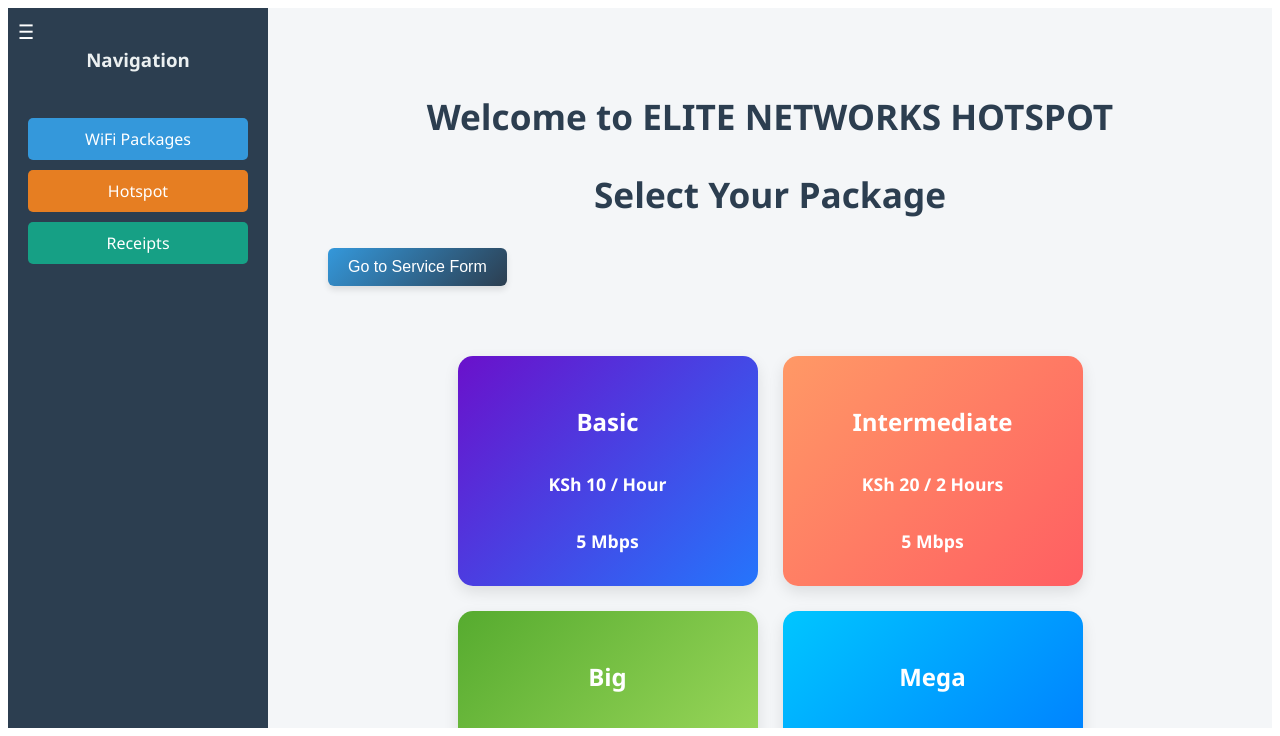
Repository: rachel648/system_Bill
Page: /packages (app in client/)
The author's editor kept a copy of each file at every save. The page is drawn from the files as they stood at one save, then again after the next save.
The browser window is 1280 px wide. The pictures show the whole page.
The page's requests for data from a server got no answer. An inner scrolling area shows only its first screen. The project was rebuilt for these pictures with package versions that can differ from the ones it lists, and the page was loaded fresh each time. No one was signed in, and anything a server would have sent is missing. Also part of the build but not shown: client/src/components/ServiceForm.js, client/src/Hotspot.css, client/src/Hotspot.js, client/src/admin.js. Imported but missing from the stored project, and not drawn on this page: client/src/Receipts.

Above is the page before, as saved 2025-07-10 22:58:26.

### client/public/index.html
<!DOCTYPE html>
<html lang="en">
  <head>
    <meta charset="UTF-8" />
    <meta name="viewport" content="width=device-width, initial-scale=1.0"/>
    <title>Internet Billing System</title>
  </head>
  <body>
    <div id="root"></div>
    <!-- Add React scripts if not using Create React App -->
    <!-- <script src="https://unpkg.com/react@18/umd/react.development.js"></script>
    <script src="https://unpkg.com/react-dom@18/umd/react-dom.development.js"></script> -->
  </body>
</html>

### client/src/App.js
import React, { useState } from 'react';
import { BrowserRouter as Router, Routes, Route, Navigate } from 'react-router-dom';
import ServiceForm from './components/ServiceForm';
import Packages from './Packages';
import Hotspot from './Hotspot';
import Receipts from './Receipts';
import Navigation from './Navigation';
import './App.css';
import Admin from './admin';
import axios from 'axios';

// Set axios defaults for API calls
axios.defaults.baseURL = process.env.REACT_APP_API_BASE_URL || 'http://localhost:5000/api';

const App = () => {
  const [isSidebarVisible, setSidebarVisible] = useState(true);

  const toggleSidebar = () => {
    setSidebarVisible(prev => !prev);
  };

  const Layout = ({ children }) => (
    <div className="app-container">
      <Navigation isVisible={isSidebarVisible} toggle={toggleSidebar} />
      <div className="main-content">
        {children}
      </div>
    </div>
  );

  return (
    <Router>
      <Routes>
        {/* Redirect root to /packages */}
        <Route path="/" element={<Navigate to="/packages" replace />} />

        {/* Main pages with sidebar layout */}
        <Route path="/packages" element={<Layout><Packages /></Layout>} />
        <Route path="/hotspot" element={<Layout><Hotspot /></Layout>} />
        <Route path="/receipts" element={<Layout><Receipts /></Layout>} />
        <Route path="/service" element={<Layout><ServiceForm /></Layout>} />

        {/* Admin page without sidebar */}
        <Route path="/admin" element={<Admin />} />
      </Routes>
    </Router>
  );
};

export default App;

### client/src/Packages.js
import React, { useState } from 'react';
import { useNavigate } from 'react-router-dom';
import './Packages.css';

const packagePrices = {
  Basic: 10,
  Intermediate: 20,
  Big: 30,
  Mega: 40,
  Super: 50,
  DayOffer: 80
};

// Add duration for each package
const packageDurations = {
  Basic: '/ Hour',
  Intermediate: '/ 2 Hours',
  Big: '/ 3 Hours',
  Mega: '/ 4 Hours',
  Super: '/ 5 Hours',
  DayOffer: '24 Hours (Full Day)'
};

const API_BASE_URL = process.env.NODE_ENV === 'production'
  ? 'https://your-production-api.com'
  : 'http://localhost:5000';

const Packages = () => {
  const [isModalOpen, setIsModalOpen] = useState(false);
  const [selectedPackage, setSelectedPackage] = useState(null);
  const [phoneNumber, setPhoneNumber] = useState('');
  const [isProcessing, setIsProcessing] = useState(false);
  const [error, setError] = useState(null);
  const navigate = useNavigate();

  const handleCardClick = (pkg) => {
    setSelectedPackage(pkg);
    setIsModalOpen(true);
    setError(null);
  };

  const formatPhoneNumber = (phone) => {
    let formatted = phone.trim();
    formatted = formatted.replace(/\D/g, ''); // Remove all non-digit characters

    if (formatted.startsWith('254') && formatted.length === 12) {
      return formatted;
    }
    if (formatted.startsWith('07') && formatted.length === 10) {
      return '254' + formatted.substring(1);
    }
    if (formatted.startsWith('7') && formatted.length === 9) {
      return '254' + formatted;
    }
    return formatted; // Let validation catch invalid numbers
  };

  const handlePayment = async () => {
    // Validate phone number - accept +254..., 254..., or 07...
    const phoneRegex = /^(?:\+?254|0)[17]\d{8}$/;
    const testNumber = phoneNumber.trim();

    if (!phoneRegex.test(testNumber)) {
      setError('Please enter a valid Safaricom number (e.g. 0712345678, 254712345678, or +254712345678)');
      return;
    }

    const formattedPhone = formatPhoneNumber(testNumber);
    // Additional validation for the formatted number
    if (formattedPhone.length !== 12 || !formattedPhone.startsWith('254')) {
      setError('Invalid phone number format after conversion');
      return;
    }

    const amount = packagePrices[selectedPackage];
    setIsProcessing(true);
    setError(null);

    try {
      const healthResponse = await fetch(`${API_BASE_URL}/api/health`);
      if (!healthResponse.ok) {
        throw new Error('Backend service is not available');
      }

      const paymentResponse = await fetch(`${API_BASE_URL}/api/payment`, {
        method: 'POST',
        headers: {
          'Content-Type': 'application/json',
        },
        body: JSON.stringify({
          phone: formattedPhone,
          amount,
          package: selectedPackage,
        }),
      });

      const responseData = await paymentResponse.json();

      if (!paymentResponse.ok || !responseData.success) {
        throw new Error(responseData.message || 'Payment request failed');
      }

      alert(`Payment request sent to ${formattedPhone}. Complete payment on your phone`);
      setIsModalOpen(false);
      setPhoneNumber('');

    } catch (err) {
      console.error('Payment Error:', err);
      let errorMessage = err.message;
      if (err.message.includes('Failed to fetch')) {
        errorMessage = 'Cannot connect to the payment service. Please check:';
        errorMessage += '\n1. Your internet connection';
        errorMessage += '\n2. That the backend server is running';
        errorMessage += '\n3. That you have CORS enabled on the backend';
      }
      setError(errorMessage);
    } finally {
      setIsProcessing(false);
    }
  };

  return (
    <div className="container">
       <h1 className="heading">Welcome to ELITE NETWORKS HOTSPOT</h1>
      <h2 className="heading">Select Your Package</h2>

      <button
        onClick={() => navigate('/service')}
        className="service-form-button"
        style={{ marginBottom: '20px', padding: '10px 20px' }}
      >
        Go to Service Form
      </button>

      <div className="card-container">
        {Object.keys(packagePrices).map((pkg) => (
          <div key={pkg} className={`card ${pkg.toLowerCase()}-card`} onClick={() => handleCardClick(pkg)}>
            <h3>{pkg}</h3>
            <p>KSh {packagePrices[pkg].toLocaleString()} {packageDurations[pkg]}</p>
            <p>{pkg === 'Basic' ? '5' : pkg === 'Intermediate' ? '5' : pkg === 'Big' ? '5' : '5'} Mbps</p>
          </div>
        ))}
      </div>

      {isModalOpen && (
        <div className="modal">
          <div className="modal-content">
            <h3>Make Payment for {selectedPackage}</h3>
            <label htmlFor="phone">Enter Safaricom Number:</label>
            <input
              type="tel"
              id="phone"
              value={phoneNumber}
              onChange={(e) => {
                setPhoneNumber(e.target.value);
                setError(null);
              }}
              placeholder="e.g. 0712345678, 254712345678, or +254712345678"
              disabled={isProcessing}
              maxLength="13"
            />

            <p className="amount-display">
              Amount: KSh {packagePrices[selectedPackage].toLocaleString()}
            </p>

            {error && (
              <div className="error-message">
                {error.split('\n').map((line, i) => (
                  <p key={i}>{line}</p>
                ))}
              </div>
            )}

            <div className="modal-buttons">
              <button
                onClick={handlePayment}
                disabled={isProcessing}
                className={isProcessing ? 'processing' : ''}
              >
                {isProcessing ? (
                  <>
                    <span className="spinner"></span>
                    Processing...
                  </>
                ) : 'Submit Payment'}
              </button>
              <button
                onClick={() => {
                  setIsModalOpen(false);
                  setError(null);
                }}
                disabled={isProcessing}
              >
                Cancel
              </button>
            </div>
          </div>
        </div>
      )}
    </div>
  );
};

export default Packages;

### client/src/Navigation.js
import React from 'react';
import { Link } from 'react-router-dom';

const Navigation = ({ isVisible, toggle }) => (
  <div className={`navigation ${!isVisible ? 'collapsed' : ''}`}>
    <div className="toggle-icon" onClick={toggle}>☰</div>
    {isVisible && (
      <>
        <h3>Navigation</h3>
        <ul>
          <li><Link to="/packages" className="link-wifi">WiFi Packages</Link></li>
          <li><Link to="/hotspot" className="link-hotspot">Hotspot</Link></li>
          <li><Link to="/receipts" className="link-receipts">Receipts</Link></li>
        </ul>
      </>
    )}
  </div>
);

export default Navigation;

### client/src/App.css
/* Overall container for layout */
.app-container {
  display: flex;
  height: 100vh;
  font-family: 'Segoe UI', Tahoma, Geneva, Verdana, sans-serif;
}

/* Sidebar navigation */
.navigation {
  width: 220px;
  background-color: #2c3e50;
  padding: 20px;
  display: flex;
  flex-direction: column;
  align-items: center;
  transition: width 0.3s ease;
  position: relative;
}

.navigation.collapsed {
  width: 60px;
  padding: 20px 10px;
}

.toggle-icon {
  position: absolute;
  top: 10px;
  left: 10px;
  font-size: 20px;
  cursor: pointer;
  color: white;
}

/* Hide text when collapsed */
.navigation.collapsed h3,
.navigation.collapsed ul {
  display: none;
}

.navigation h3 {
  color: #ecf0f1;
  margin-bottom: 20px;
}

.navigation ul {
  list-style: none;
  padding: 0;
  width: 100%;
}

.navigation li {
  margin: 10px 0;
  width: 100%;
  text-align: center;
}

/* Unique colored links */
.link-wifi {
  background-color: #3498db; /* Blue */
  color: white;
  padding: 10px;
  display: block;
  text-decoration: none;
  border-radius: 5px;
}

.link-hotspot {
  background-color: #e67e22; /* Orange */
  color: white;
  padding: 10px;
  display: block;
  text-decoration: none;
  border-radius: 5px;
}

.link-receipts {
  background-color: #16a085; /* Teal */
  color: white;
  padding: 10px;
  display: block;
  text-decoration: none;
  border-radius: 5px;
}

.link-wifi:hover,
.link-hotspot:hover,
.link-receipts:hover {
  opacity: 0.85;
}

/* Main content area */
.main-content {
  flex: 1;
  padding: 40px;
  background-color: #f4f6f8;
  overflow-y: auto;
}

### client/src/Packages.css
/* Main container */
.container {
  max-width: 1200px;
  margin: 0 auto;
  padding: 20px;
}

.heading {
  text-align: center;
  color: #2c3e50;
  margin-bottom: 30px;
  font-size: 2.2rem;
}

/* Service form button */
.service-form-button {
  background: linear-gradient(135deg, #3498db, #2c3e50);
  color: white;
  border: none;
  border-radius: 6px;
  padding: 12px 24px;
  font-size: 1rem;
  cursor: pointer;
  transition: all 0.3s ease;
  box-shadow: 0 4px 6px rgba(0, 0, 0, 0.1);
}

.service-form-button:hover {
  transform: translateY(-2px);
  box-shadow: 0 6px 12px rgba(0, 0, 0, 0.15);
}

/* Cards container */
.card-container {
  display: flex;
  justify-content: center;
  flex-wrap: wrap;
  gap: 25px;
  padding: 20px;
  margin-top: 30px;
}

/* Card styles */
.card {
  padding: 25px;
  cursor: pointer;
  border-radius: 15px;
  text-align: center;
  width: 250px;
  color: white;
  font-weight: bold;
  box-shadow: 0 6px 15px rgba(0, 0, 0, 0.1);
  transition: all 0.3s cubic-bezier(0.25, 0.8, 0.25, 1);
  display: flex;
  flex-direction: column;
  align-items: center;
  justify-content: space-between;
  min-height: 180px;
}

.card h3 {
  font-size: 1.5rem;
  margin-bottom: 10px;
}

.card p {
  font-size: 1.1rem;
  margin: 8px 0;
}

/* Package-specific colors */
.basic-card {
  background: linear-gradient(135deg, #6a11cb, #2575fc);
}

.intermediate-card {
  background: linear-gradient(135deg, #ff9966, #ff5e62);
}

.big-card {
  background: linear-gradient(135deg, #56ab2f, #a8e063);
}

.mega-card {
  background: linear-gradient(135deg, #00c6ff, #0072ff);
}
.super-card {
  background: linear-gradient(135deg, #ff416c, #ff4b2b);
}
.dayoffer-card {
  background: linear-gradient(135deg, #f7971e, #ffd200);
}


.card:hover {
  transform: translateY(-8px);
  box-shadow: 0 12px 24px rgba(0, 0, 0, 0.2);
}

/* Modal styles */
.modal {
  position: fixed;
  top: 0;
  left: 0;
  right: 0;
  bottom: 0;
  background-color: rgba(0, 0, 0, 0.5);
  display: flex;
  justify-content: center;
  align-items: center;
  z-index: 1000;
  backdrop-filter: blur(3px);
}

.modal-content {
  background-color: white;
  padding: 30px;
  border-radius: 12px;
  width: 90%;
  max-width: 400px;
  text-align: center;
  box-shadow: 0 10px 30px rgba(0, 0, 0, 0.2);
}

.modal-content h3 {
  color: #2c3e50;
  margin-bottom: 20px;
  font-size: 1.5rem;
}

/* Input styles */
input[type="tel"] {
  width: 100%;
  padding: 12px 15px;
  margin: 15px 0;
  border: 2px solid #e0e0e0;
  border-radius: 8px;
  font-size: 1rem;
  transition: border 0.3s ease;
}

input[type="tel"]:focus {
  border-color: #3498db;
  outline: none;
}

/* Amount display */
.amount-display {
  font-size: 1.3rem;
  font-weight: bold;
  color: #2c3e50;
  margin: 15px 0;
  padding: 10px;
  background-color: #f8f9fa;
  border-radius: 8px;
}

/* Button styles */
.modal-buttons {
  display: flex;
  justify-content: center;
  gap: 15px;
  margin-top: 20px;
}

.modal-buttons button {
  padding: 12px 25px;
  border: none;
  border-radius: 8px;
  font-size: 1rem;
  font-weight: 600;
  cursor: pointer;
  transition: all 0.3s ease;
  flex: 1;
  max-width: 150px;
}

.modal-buttons button:first-child {
  background: linear-gradient(135deg, #2ecc71, #27ae60);
  color: white;
}

.modal-buttons button:first-child:hover {
  background: linear-gradient(135deg, #27ae60, #219653);
  transform: translateY(-2px);
}

.modal-buttons button:last-child {
  background: #f1f1f1;
  color: #555;
}

.modal-buttons button:last-child:hover {
  background: #e0e0e0;
}

.modal-buttons button:disabled {
  opacity: 0.7;
  cursor: not-allowed;
  transform: none !important;
}

/* Error message */
.error-message {
  color: #e74c3c;
  background-color: #fdecea;
  padding: 12px;
  border-radius: 8px;
  margin: 15px 0;
  font-size: 0.95rem;
  text-align: left;
  border-left: 4px solid #e74c3c;
}

/* Loading spinner */
.spinner {
  display: inline-block;
  width: 16px;
  height: 16px;
  border: 3px solid rgba(255, 255, 255, 0.3);
  border-radius: 50%;
  border-top-color: white;
  animation: spin 1s ease-in-out infinite;
  margin-right: 10px;
  vertical-align: middle;
}

@keyframes spin {
  to {
    transform: rotate(360deg);
  }
}

/* Responsive design */
@media (max-width: 768px) {
  .card-container {
    gap: 15px;
  }

  .card {
    width: calc(50% - 20px);
    min-width: 150px;
    padding: 20px 10px;
  }

  .modal-content {
    padding: 20px;
  }

  .modal-buttons {
    flex-direction: column;
    gap: 10px;
  }

  .modal-buttons button {
    max-width: 100%;
  }
}

@media (max-width: 480px) {
  .card {
    width: 100%;
  }

  .heading {
    font-size: 1.8rem;
  }
}

Loaded but not shown: client/src/index.js (common file)

After the next save:
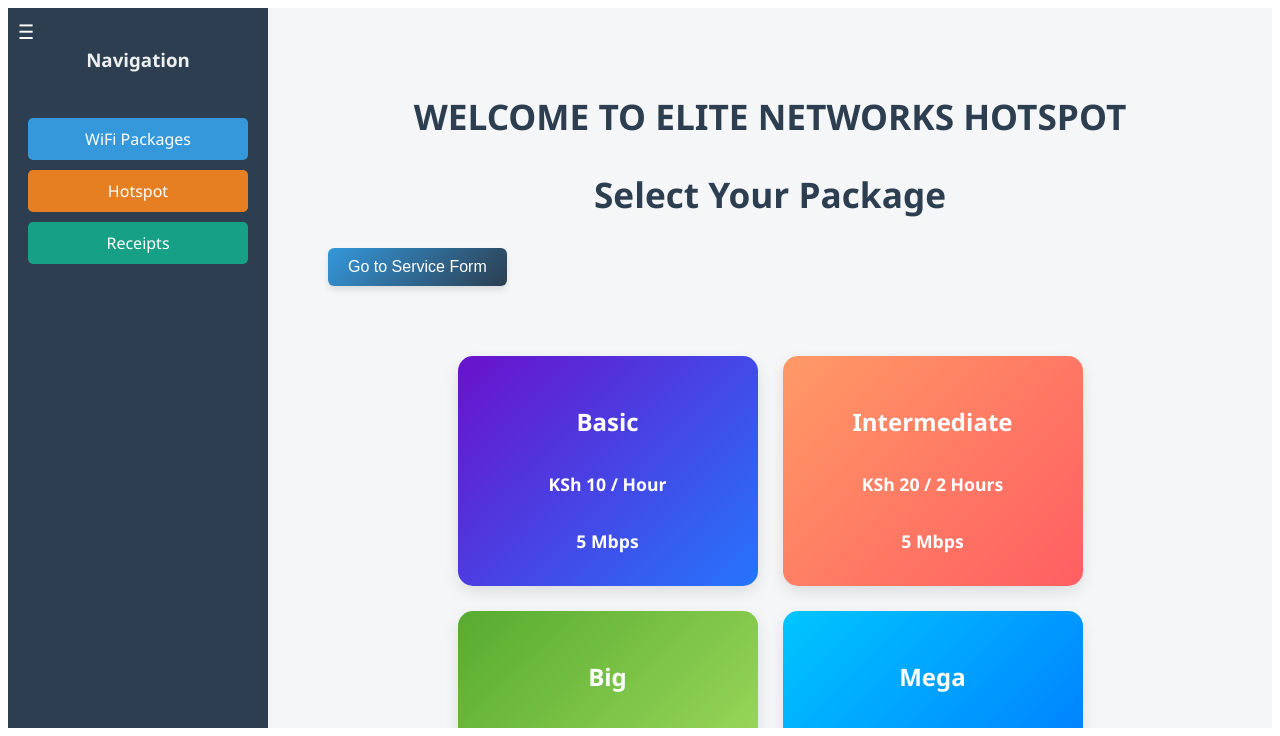
Saved 19 s later.
--- a/client/src/Packages.js
+++ b/client/src/Packages.js
@@ -121,7 +121,7 @@ const Packages = () => {
 
   return (
     <div className="container">
-       <h1 className="heading">Welcome to ELITE NETWORKS HOTSPOT</h1>
+       <h1 className="heading">WELCOME TO ELITE NETWORKS HOTSPOT</h1>
       <h2 className="heading">Select Your Package</h2>
 
       <button
